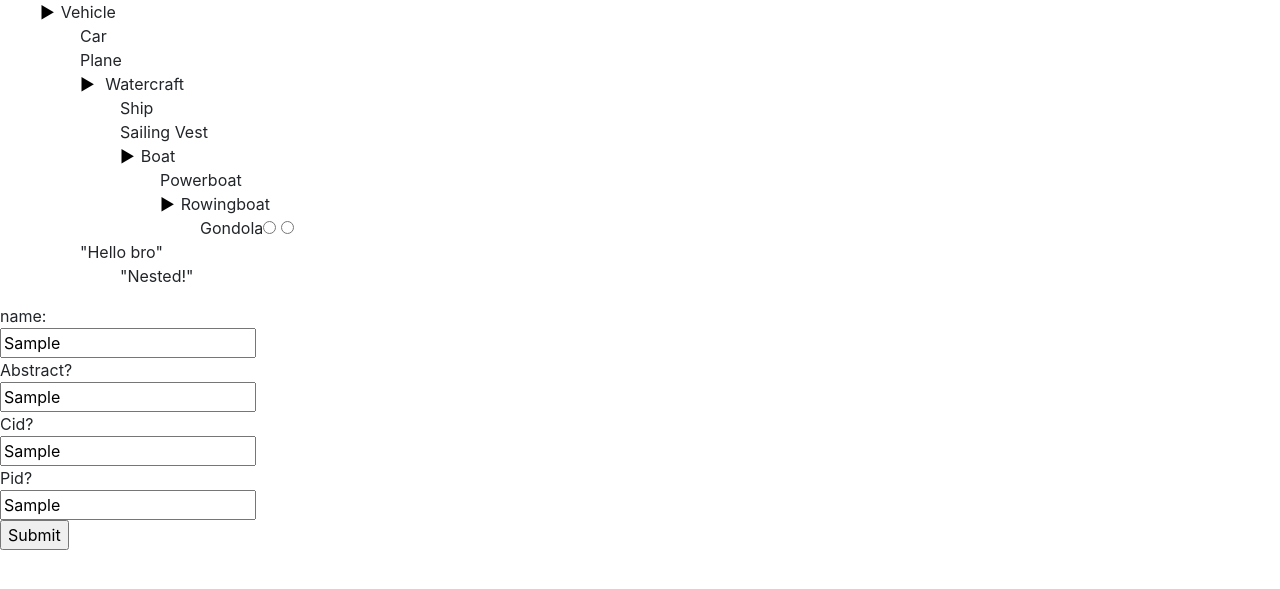
Repository: ked9268/Wonder
Page: http://localhost/cw3_mini_web_project_kjw42/WEB-INF/mainpage.jsp
The author's editor kept a copy of each file at every save. The page is drawn from the files as they stood at one save, then again after the next save.
The browser window is 1280 px wide. The pictures show the whole page.
Empty fields were first filled with sample values (such as "Sample", 5 or name@example.com).
After loading, the first visible `span.caret` was clicked once.
Some web libraries are served in a nearby version. The page is served by Tomcat 9. Nobody is signed in. Other server files are loaded and not shown. The template is opened directly, without the code that normally fills it, so the values that code supplies are empty.

Above is the page before, as saved 2020-01-07 22:01:53.

### workspaceEE/cw3_mini_web_project_kjw42/WebContent/WEB-INF/mainpage.jsp
	<%@ page language="java" contentType="text/html; charset=ISO-8859-1"
    pageEncoding="ISO-8859-1"%>
	<!DOCTYPE html PUBLIC "-//W3C//DTD HTML 4.01 Transitional//EN" "http://www.w3.org/TR/html4/loose.dtd">
<html>
	<head>
		<meta http-equiv="Content-Type" content="text/html; charset=ISO-8859-1">
		<meta charset="utf-8">
    	<meta name="viewport" content="width=device-width, initial-scale=1, shrink-to-fit=no">
		<link rel="stylesheet" href="https://maxcdn.bootstrapcdn.com/bootstrap/4.0.0/css/bootstrap.min.css"
			integrity="sha384-Gn5384xqQ1aoWXA+058RXPxPg6fy4IWvTNh0E263XmFcJlSAwiGgFAW/dAiS6JXm" crossorigin="anonymous">

		<script>
				function load(){
				window.alert("Hello World!");
				var interact = document.getElementById("Gondola");
				interact.remove();
				}
		</script>
			<style>
			.caret {
  				cursor: pointer;
  				user-select: none; /* Prevent text selection */
			}
			.caret::before {
  				content: "\25B6";
 				 color: black;
 				 display: inline-block;
 				 margin-right: 6px;
			}
			ul {
 				 list-style-type: none;
			}
			</style>
				<title>mainpage</title>
	</head>
	<body>
		<ul id="tree">
			<li>
			<a class="caret" onClick="load()">Vehicle</a>
				<ul class="east">
					<li>Car	</li>
					<li>Plane</li>
					<li><span class="caret" onClick="test()"> Watercraft</span>
						<ul class="nested">
							<li>Ship</li>
							<li>Sailing Vest</li>
							<li><span class="caret" onClick="load()">Boat</span>
								<ul class="nested">
									<li>Powerboat</li>
									<li><span class="caret" onClick="load()">Rowingboat</span>
											<ul class="nested" id="west">
												<li id="Gondola">Gondola<input type="radio" >&nbsp<input type="radio" > </li>
											</ul>
				 						</li>
									</ul>
								</li>
							</ul>
						</li>
					</ul>
				</li>
			</ul>
		<p id="demo"> </p>

		<form action="../../controllers/extractClassInfo.java">
  				name:<br>
  				<input type="text" name="name"><br>
 			 	Abstract?<br>
  				<input type="text" name="abstract"><br>
  Cid?<br>
  <input type="text" name="cid"><br>
  Pid?<br>
  <input type="text" name="pid"><br>
		  	<input type="submit" value="Submit">
		</form>

		<script src="https://code.jquery.com/jquery-3.2.1.slim.min.js" integrity="sha384-KJ3o2DKtIkvYIK3UENzmM7KCkRr/rE9/Qpg6aAZGJwFDMVNA/GpGFF93hXpG5KkN" crossorigin="anonymous"></script>
		<script src="https://cdnjs.cloudflare.com/ajax/libs/popper.js/1.12.9/umd/popper.min.js" integrity="sha384-ApNbgh9B+Y1QKtv3Rn7W3mgPxhU9K/ScQsAP7hUibX39j7fakFPskvXusvfa0b4Q" crossorigin="anonymous"></script>
		<script src="https://maxcdn.bootstrapcdn.com/bootstrap/4.0.0/js/bootstrap.min.js" integrity="sha384-JZR6Spejh4U02d8jOt6vLEHfe/JQGiRRSQQxSfFWpi1MquVdAyjUar5+76PVCmYl" crossorigin="anonymous"></script>
		<script>
		function test(){

			var run = '<li><a>"Hello bro"</a><ul><li><a>"Nested!"</a></li></ul></li>'
			var btn = document.createElement("UL");   // Create a <button> element
			btn.innerHTML = run;   // Insert text
			document.getElementById("tree").appendChild(btn);

		}
		</script>
	</body>
</html>

After the next save:
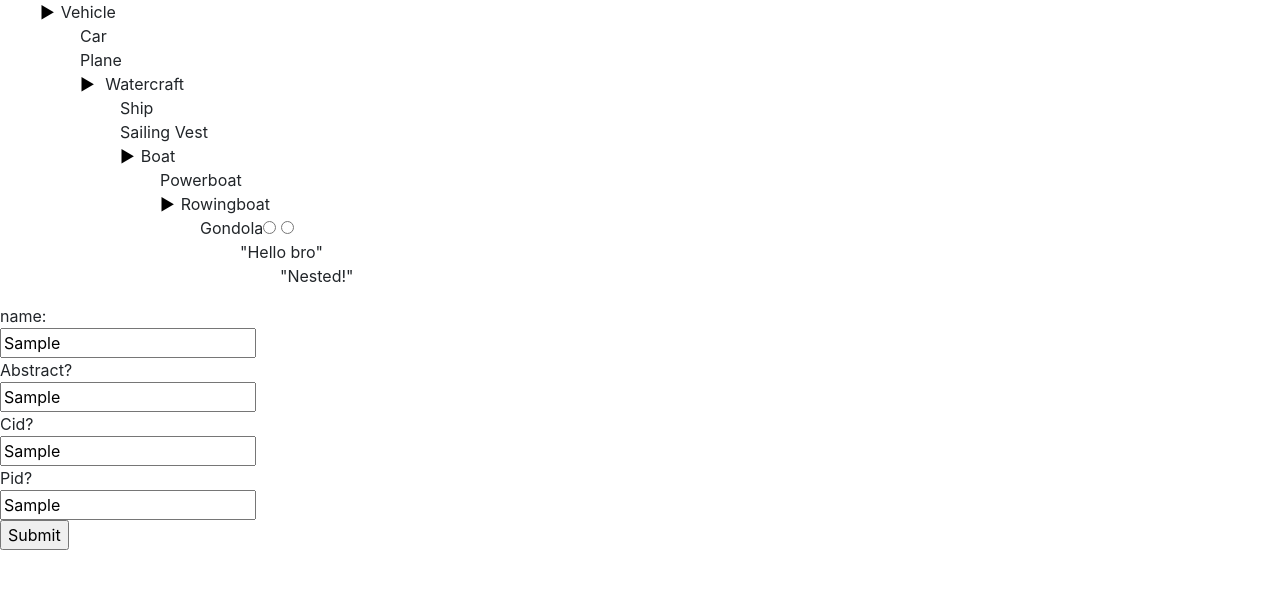
Saved 11 s later.
--- a/workspaceEE/cw3_mini_web_project_kjw42/WebContent/WEB-INF/mainpage.jsp
+++ b/workspaceEE/cw3_mini_web_project_kjw42/WebContent/WEB-INF/mainpage.jsp
@@ -82,7 +82,7 @@
 			var run = '<li><a>"Hello bro"</a><ul><li><a>"Nested!"</a></li></ul></li>'
 			var btn = document.createElement("UL");   // Create a <button> element
 			btn.innerHTML = run;   // Insert text
-			document.getElementById("tree").appendChild(btn);
+			document.getElementById("west").appendChild(btn);
 
 		}
 		</script>
